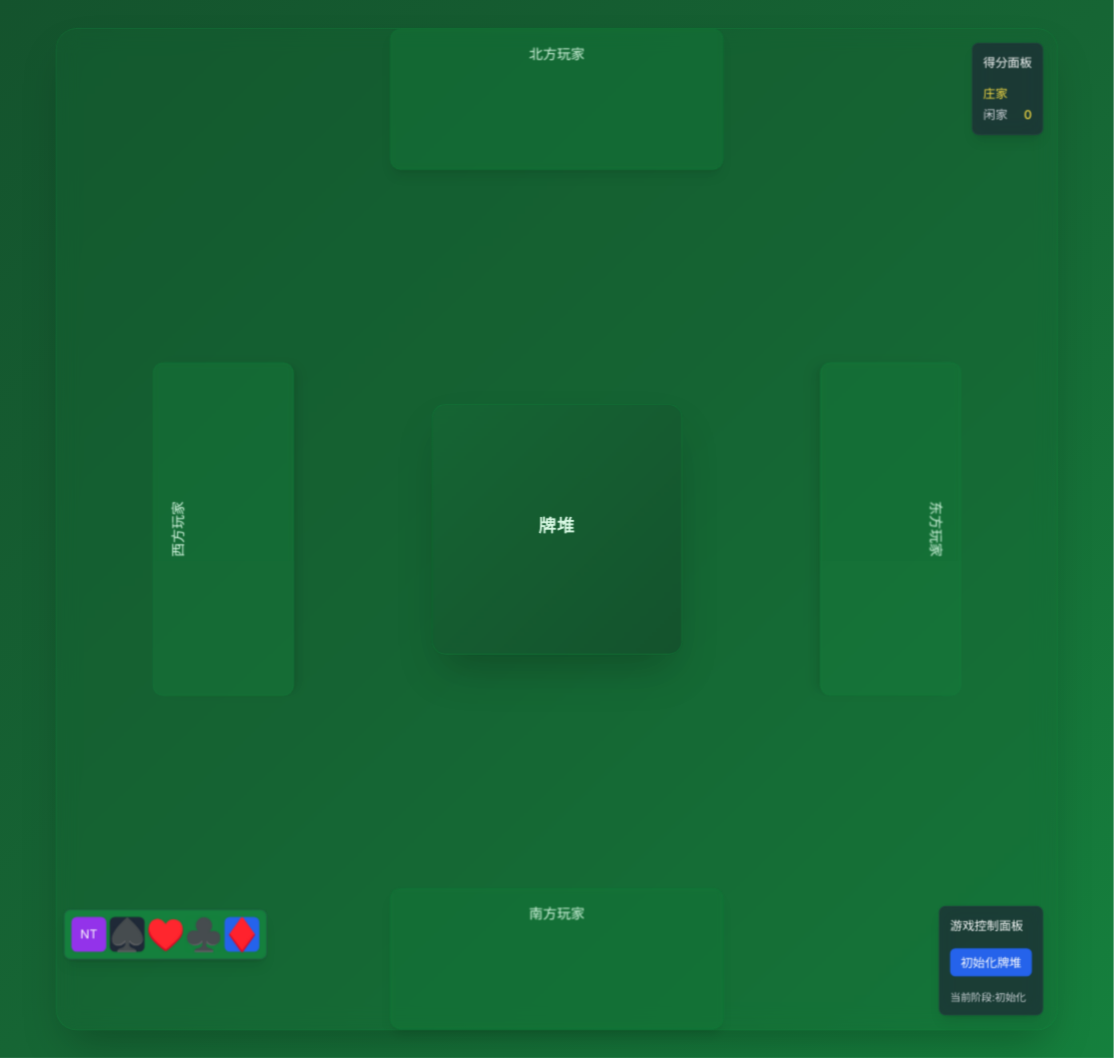
Repository: laofansay/Tractor80
Page: /
An editor plug-in stored every save of this project. The page is shown before and after the next save, followed by the edit.
The browser window is 1280 px wide. The pictures show the whole page, at 87% of full size.
The project was rebuilt for these pictures with package versions that can differ from the ones it lists, and the page was loaded fresh each time. The framework's server and built-in components were replaced by stand-ins that run in the browser. Also part of the build but not shown: next.config.js, app/components/Card.tsx.

Above is the page before, as saved 2025-03-09 00:25:58.

After the next save:
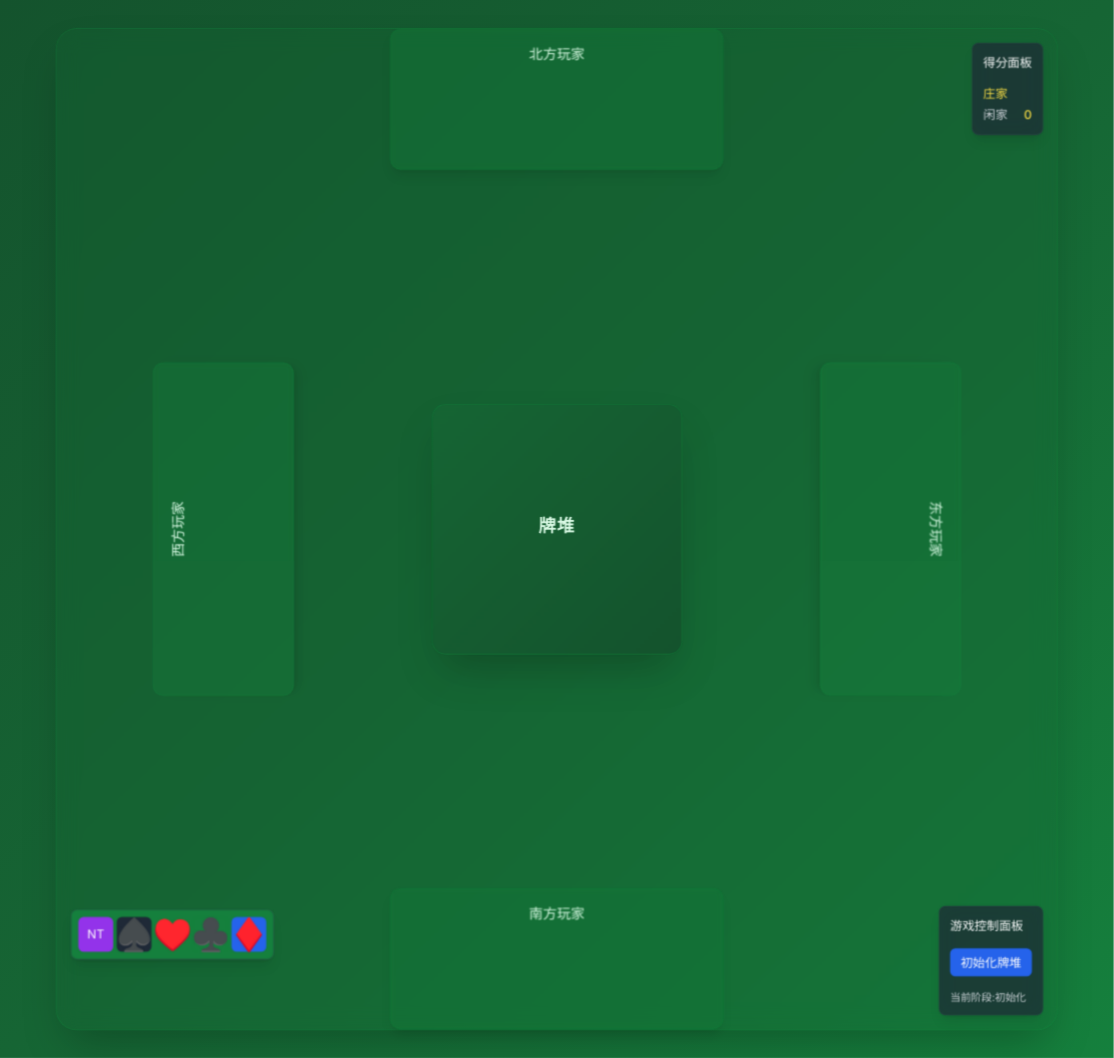
Saved 13 s later.
--- a/app/components/TrumpSelectionPanel.tsx
+++ b/app/components/TrumpSelectionPanel.tsx
@@ -14,7 +14,7 @@ export function TrumpSelectionPanel({ onSelectTrump, gamePhase }: TrumpSelection
   }
 
   return (
-    <div className="absolute bottom-20 left-2 p-2 bg-green-700 hover:bg-green-600 rounded-lg backdrop-blur-md border border-gray-700/50 shadow-lg">
+    <div className="absolute bottom-20 left-4 p-2 bg-green-700 hover:bg-green-600 rounded-lg backdrop-blur-md border border-gray-700/50 shadow-lg">
       <div className="flex flex-row gap-1">
         <button
           onClick={() => onSelectTrump(null)}
